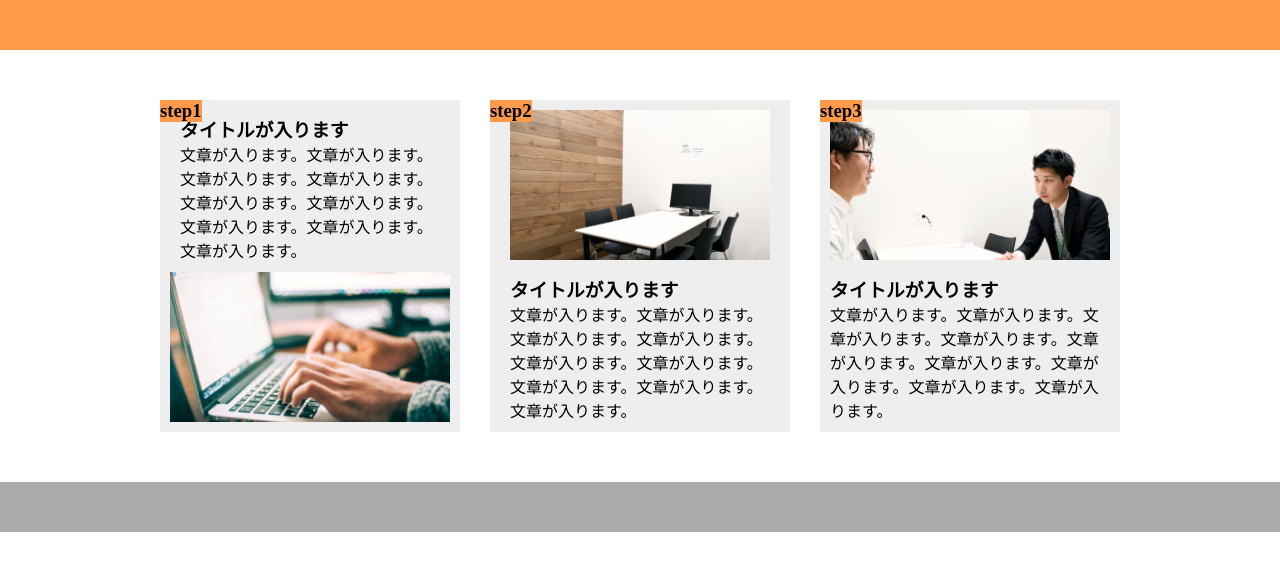
Repository: CarAll02/git-practice
Page: chapter9_exercise/index.html
The author's editor kept a record of every edit. The page is drawn from the files as they stood at one moment, then again after the next edit.
The browser window is 1280 px wide. The pictures show the whole page.

Above is the page before.

### chapter9_exercise/index.html
<!DOCTYPE html>
<html lang="ja">
  <head>
    <meta charset="UTF-8"/>
    <link rel="stylesheet" href="style.css"/>
    <title>chapter9_exercise</title>
  </head>

  <body>
    <header></header>

    <main>
      <div class="box">
        <h3 class="step">step1</h3>
        <div class="box-in-box">
          <section>
            <h3 class="title">タイトルが入ります</h3>
            <p class="text">文章が入ります。文章が入ります。文章が入ります。文章が入ります。文章が入ります。文章が入ります。文章が入ります。文章が入ります。文章が入ります。</p>
          </section>
        </div>
        <div class="picture flow01"></div>
      </div>
      <div class="box">
        <h3 class="step">step2</h3>
        <div class="box-in-box">
          <div class="picture flow02"></div>
          <section>
            <h3 class="title">タイトルが入ります</h3>
            <p class="text">文章が入ります。文章が入ります。文章が入ります。文章が入ります。文章が入ります。文章が入ります。文章が入ります。文章が入ります。文章が入ります。</p>
          </section>
        </div>
      </div>
      <div class="box">
        <h3 class="step">step3</h3>
        <div class="picture flow03"></div>
        <section>
          <h3 class="title">タイトルが入ります</h3>
          <p class="text">文章が入ります。文章が入ります。文章が入ります。文章が入ります。文章が入ります。文章が入ります。文章が入ります。文章が入ります。文章が入ります。</p>
        </section>
      </div>
    </main>

    <footer></footer>
  </body>

</html>

### chapter9_exercise/style.css
*{
  margin:0;
  padding:0;
  box-sizing:border-box;
}

header{
  height:50px;
  background-color:#FF9A4B;
}

main{
  display:flex;
  justify-content:center;
  margin:50px 0;
}

.box{
  width:300px;
  background-color:#EEEEEE;
  margin-left: 30px;
  position:relative;
}

.box:first-child{
  margin-left:0;
}

.box-in-box{
  margin:10px;
}

.step{
  position:absolute;
  top:0;
  left:0;
  background-color: #FF9A4B;
}

.picture{
  height:150px;
  background-size:cover;
  background-position:center;
  margin:10px;
}

.flow01{
  background-image:url(img/flow01.png);
}

.flow02{
  background-image:url(img/flow02.png);
}

.flow03{
  background-image:url(img/flow03.png);
}

section{
  margin:15px 10px 10px 10px;
}

footer{
  height:50px;
  background-color:#AAAAAA;
}

After the next edit:
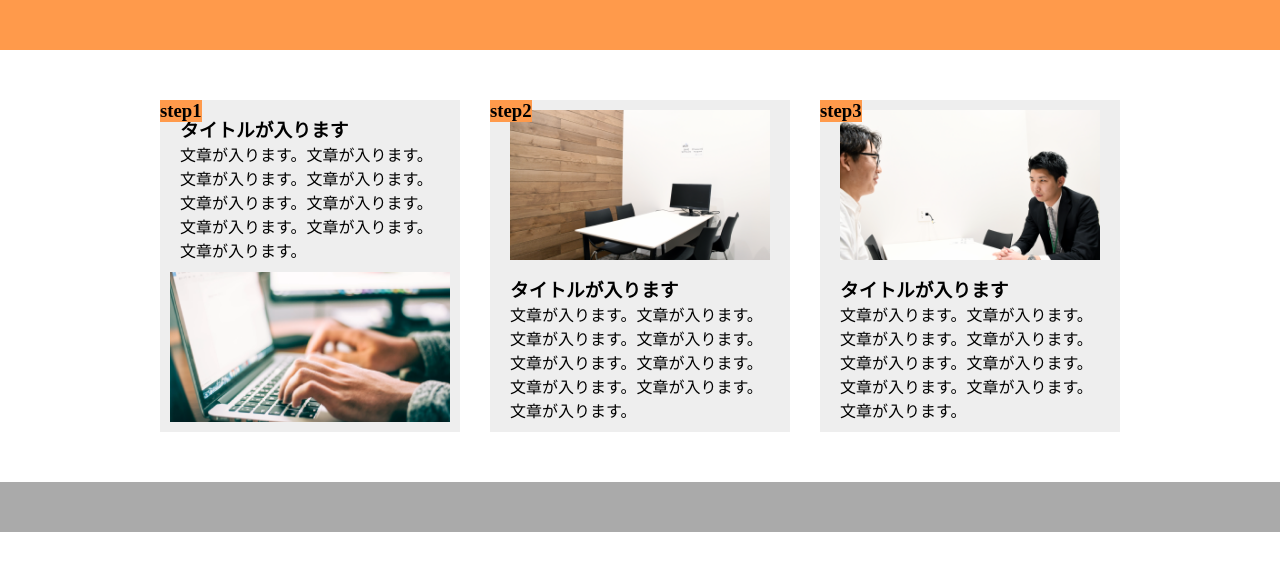
The edit:
--- a/chapter9_exercise/index.html
+++ b/chapter9_exercise/index.html
@@ -32,11 +32,13 @@
       </div>
       <div class="box">
         <h3 class="step">step3</h3>
-        <div class="picture flow03"></div>
-        <section>
-          <h3 class="title">タイトルが入ります</h3>
-          <p class="text">文章が入ります。文章が入ります。文章が入ります。文章が入ります。文章が入ります。文章が入ります。文章が入ります。文章が入ります。文章が入ります。</p>
-        </section>
+        <div class="box-in-box">
+          <div class="picture flow03"></div>
+          <section>
+            <h3 class="title">タイトルが入ります</h3>
+            <p class="text">文章が入ります。文章が入ります。文章が入ります。文章が入ります。文章が入ります。文章が入ります。文章が入ります。文章が入ります。文章が入ります。</p>
+          </section>
+        </div>
       </div>
     </main>
 
